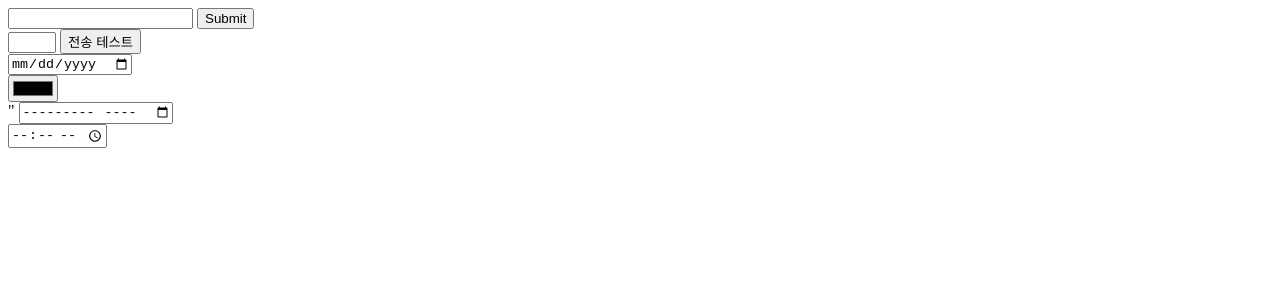
Repository: poomshen/team_03_project2
Page: WebBasic/WebContent/Ex19_Html5_Element.html
An editor plug-in stored every save of this project. The page is shown before and after the next save, followed by the edit.
The browser window is 1280 px wide. The pictures show the whole page.

Above is the page before, as saved 2016-08-29 05:15:47.

### WebBasic/WebContent/Ex19_Html5_Element.html
<!DOCTYPE html>
<html>
<head>
<meta charset="UTF-8">
<title>Insert title here</title>
<!--
http://www.w3schools.com/html/html5_new_elements.asp
  -->
</head>
<body>

	<form action="action_page.php">
  <input list="browsers" name="browser">
  <datalist id="browsers">
    <option value="Internet Explorer">
    <option value="Firefox">
    <option value="Chrome">
    <option value="Opera">
    <option value="Safari">
  </datalist>
  <input type="submit">
</form>
<!--  기본적으로 유효성 검증 태그 배포 -->
<form action="aae">
<input type="number" name="quantity" min="1" max="5" >
<input type="submit" value="전송 테스트">
<br>
<input type="date" >
<br>
<input type="color">
<br>"
<input type="month" >
<br>
<input type="time">
</form>
</body>
</html>

After the next save:
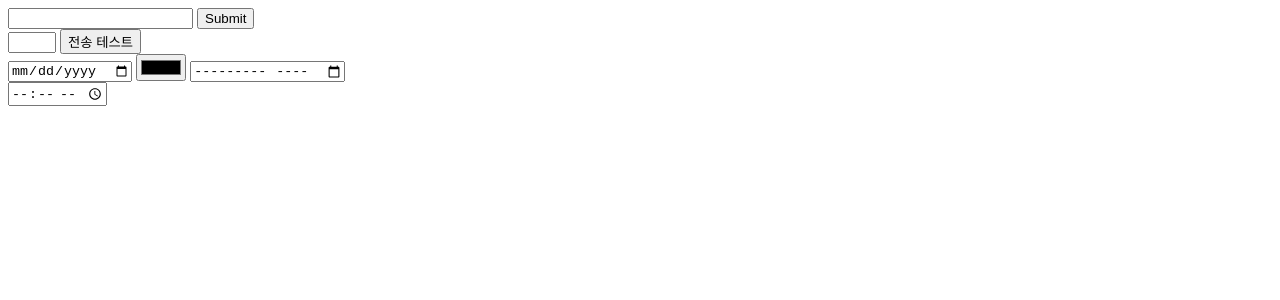
Saved 23 s later.
--- a/WebBasic/WebContent/Ex19_Html5_Element.html
+++ b/WebBasic/WebContent/Ex19_Html5_Element.html
@@ -26,9 +26,7 @@ http://www.w3schools.com/html/html5_new_elements.asp
 <input type="submit" value="전송 테스트">
 <br>
 <input type="date" >
-<br>
 <input type="color">
-<br>"
 <input type="month" >
 <br>
 <input type="time">
